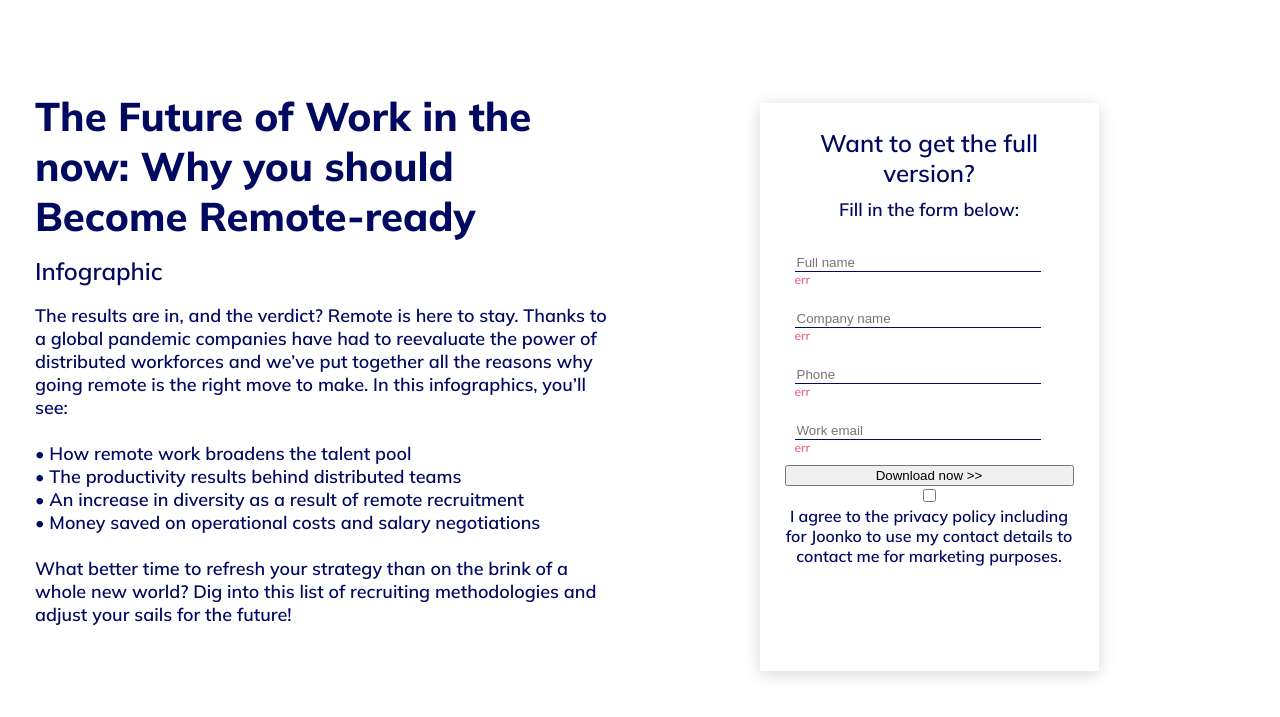
Repository: zivmorad/joonko-form
Page: /
An editor plug-in stored every save of this project. The page is shown before and after the next save, followed by the edit.
The browser window is 1280 px wide. The pictures show the whole page.
The project was rebuilt for these pictures with package versions that can differ from the ones it lists, and the page was loaded fresh each time.

Above is the page before, as saved 2021-08-03 11:33:29.

### public/index.html
<!DOCTYPE html>
<html lang="en">
	<head>
		<style>
			@import url('https://fonts.googleapis.com/css2?family=Mulish:wght@600;800&display=swap');
		</style>
		<meta charset="utf-8" />
		<meta name="viewport" content="width=device-width, initial-scale=1" />
		<meta name="theme-color" content="#000000" />
		<title>React App</title>
	</head>
	<body>
		<div id="root"></div>
	</body>
</html>

### src/App.js
import React from 'react';

import './App.scss';

const App = () => {
	return (
		<div className="main-page-wrapper center-page">
			<div className="app-wrapper row">
				<div className="details-section column">
					<div className="details-text-wrapper">
						<div className="title bold">The Future of Work in the now: Why you should Become Remote-ready</div>
						<div className="sub-title">Infographic</div>
						<p className="details-text">
							The results are in, and the verdict? Remote is here to stay. Thanks to a global pandemic companies have
							had to reevaluate the power of distributed workforces and we’ve put together all the reasons why going
							remote is the right move to make. In this infographics, you’ll see:
							<br />
							<br />
							• How remote work broadens the talent pool
							<br />
							• The productivity results behind distributed teams
							<br />• An increase in diversity as a result of remote recruitment
							<br /> • Money saved on operational costs and salary negotiations
							<br />
							<br /> What better time to refresh your strategy than on the brink of a whole new world? Dig into this
							list of recruiting methodologies and adjust your sails for the future!
						</p>
					</div>
				</div>
				<div className="form-section column">
					<div className="form-card column">
						<form className="form-wrapper column" onSubmit={() => console.log('submit')}>
							<div className="form-title">Want to get the full version?</div>
							<div className="form-sub-title">Fill in the form below:</div>
							<div className="input-wrapper">
								<input type="text" placeholder="Full name" className="form-input" />
								<div className="error">err</div>
							</div>
							<div className="input-wrapper">
								<input type="text" placeholder="Company name" className="form-input" />
								<div className="error">err</div>
							</div>
							<div className="input-wrapper">
								<input type="number" placeholder="Phone" className="form-input" />
								<div className="error">err</div>
							</div>
							<div className="input-wrapper">
								<input type="text" placeholder="Work email" className="form-input" />
								<div className="error">err</div>
							</div>

							<button type="submit" className="form-btn">
								Download now {'>>'}
							</button>

							<div className="checkbox-input-wrapper">
								<input type="checkbox" className="checkbox-input" />
								<div className="check-box-text">
									I agree to the privacy policy including for Joonko to use my contact details to contact me for
									marketing purposes.
								</div>
							</div>
						</form>
					</div>
				</div>
			</div>
		</div>
	);
};

export default App;

### src/App.scss
html {
	height: 100%;
	width: 100%;
}
#root {
	height: 100%;
	width: 100%;
}
body {
	margin: 0;
	padding: 0;
	font-size: 16px;
	font-family: 'Mulish', sans-serif;
	height: 100%;
	width: 100%;
}

.row {
	display: flex;
	flex-direction: row;
}

.column {
	display: flex;
	flex-direction: column;
}

.center-page {
	display: flex;
	flex-direction: column;
	align-items: center;
	text-align: center;
}

.bold {
	font-weight: bold;
}

.main-page-wrapper {
	width: 100%;
	height: 100%;
	justify-content: center;
	color: #010a60;
	.app-wrapper {
		padding: 35px;
		justify-content: space-between;
		max-height: 673px;
		.details-section {
			width: 50%;
			text-align: left;
			align-items: center;
			.details-text-wrapper {
				max-width: 602px;
				.title {
					font-size: 40px;
					margin: 15px 0px;
				}
				.sub-title {
					font-size: 24px;
					margin-bottom: 10px;
				}
				.details-text {
					font-size: 18px;
				}
			}
		}
		.form-section {
			width: 50%;
			padding: 27px;
			height: 100%;
			align-items: center;
			.form-card {
				box-shadow: 0px 3px 16px #00000029;
				padding: 25px;
				height: 100%;
				width: 50%;
				.form-wrapper {
					.form-title {
						font-size: 24px;
						margin-bottom: 10px;
					}
					.form-sub-title {
						margin-bottom: 20px;
						font-size: 18px;
					}
					.input-wrapper {
						text-align: left;
						margin: 10px 10px;
						.form-input {
							border: none;
							width: 90%;
							border-bottom: 1px solid #010a60;
						}
						.error {
							color: #ed6982;
							font-size: 12px;
							height: 15px;
						}
					}
				}
			}
		}
	}
}

Loaded but not shown: src/index.js (common file)

After the next save:
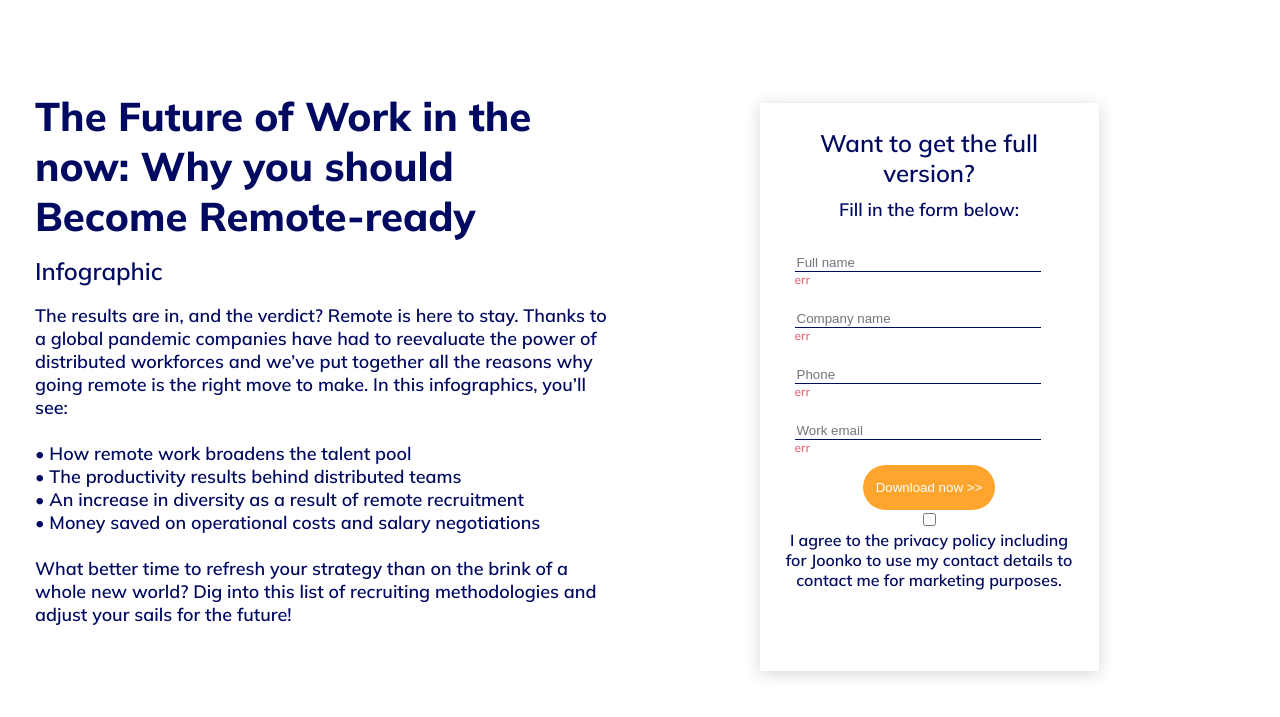
Saved 4 min 49 s later.
--- a/src/App.scss
+++ b/src/App.scss
@@ -97,6 +97,16 @@ body {
 							height: 15px;
 						}
 					}
+					.form-btn {
+						border-radius: 50px;
+						outline: none;
+						border: none;
+						width: fit-content;
+						padding: 15px 13px;
+						background: #ffa52e;
+						color: white;
+						margin: auto;
+					}
 				}
 			}
 		}
